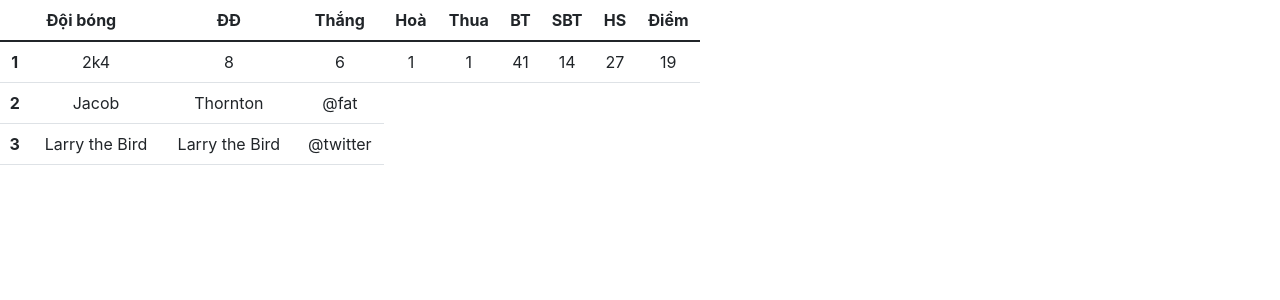
Repository: tuan842001/thulam
Page: /
These files come from the project's save history. The page is drawn as it stood at one moment and after the next save; the edit follows.
The browser window is 1280 px wide. The pictures show the whole page.
The project was rebuilt for these pictures with package versions that can differ from the ones it lists, and the page was loaded fresh each time.

Above is the page before, as saved 2022-01-11 14:44:29.

### public/index.html
<!DOCTYPE html>
<html lang="en">
  <head>
    <meta charset="utf-8" />
    <link rel="icon" href="%PUBLIC_URL%/favicon.ico" />
    <meta name="viewport" content="width=device-width, initial-scale=1" />
    <meta name="theme-color" content="#000000" />
    <meta
      name="description"
      content="Web site created using create-react-app"
    />

    <link href="https://cdn.jsdelivr.net/npm/bootstrap@5.1.3/dist/css/bootstrap.min.css" rel="stylesheet" integrity="sha384-1BmE4kWBq78iYhFldvKuhfTAU6auU8tT94WrHftjDbrCEXSU1oBoqyl2QvZ6jIW3" crossorigin="anonymous">
<script src="https://cdn.jsdelivr.net/npm/bootstrap@5.1.3/dist/js/bootstrap.bundle.min.js" integrity="sha384-ka7Sk0Gln4gmtz2MlQnikT1wXgYsOg+OMhuP+IlRH9sENBO0LRn5q+8nbTov4+1p" crossorigin="anonymous"></script>
    <title>React App</title>
  </head>
  <body>
    <noscript>You need to enable JavaScript to run this app.</noscript>
    <div id="root"></div>

  </body>
</html>

### src/App.js
import "./App.css";

function App() {
  return (
    <div className="App">
      <table class="table" style={{ width: "700px" }}>
        <thead>
          <tr>
            <th scope="col" colspan="2">
              Đội bóng
            </th>
            <th scope="col">ĐĐ</th>
            <th scope="col">Thắng</th>
            <th scope="col">Hoà</th>
            <th scope="col">Thua</th>
            <th scope="col">BT</th>
            <th scope="col">SBT</th>
            <th scope="col">HS</th>
            <th scope="col">Điểm</th>
          </tr>
        </thead>
        <tbody>
          <tr>
            <th scope="row">1</th>
            <td>2k4</td>
            <td>8</td>
            <td>6</td>
            <td>1</td>
            <td>1</td>
            <td>41</td>
            <td>14</td>
            <td>27</td>
            <td>19</td>
          </tr>
          <tr>
            <th scope="row">2</th>
            <td>Jacob</td>
            <td>Thornton</td>
            <td>@fat</td>
          </tr>
          <tr>
            <th scope="row">3</th>
            <td>Larry the Bird</td>
            <td>Larry the Bird</td>
            <td>@twitter</td>
          </tr>
        </tbody>
      </table>
    </div>
  );
}

export default App;

Loaded but not shown: src/index.js (common file); src/index.css (common file); src/App.css (common file)

After the next save:
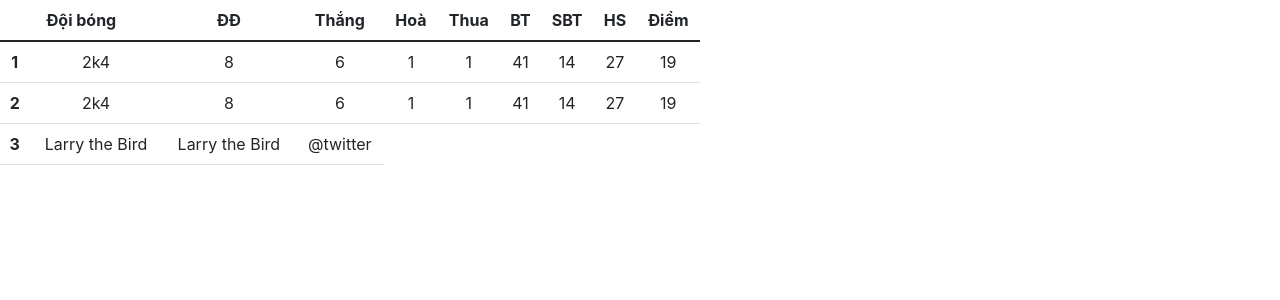
Saved 14 s later.
--- a/src/App.js
+++ b/src/App.js
@@ -34,9 +34,15 @@ function App() {
           </tr>
           <tr>
             <th scope="row">2</th>
-            <td>Jacob</td>
-            <td>Thornton</td>
-            <td>@fat</td>
+            <td>2k4</td>
+            <td>8</td>
+            <td>6</td>
+            <td>1</td>
+            <td>1</td>
+            <td>41</td>
+            <td>14</td>
+            <td>27</td>
+            <td>19</td>
           </tr>
           <tr>
             <th scope="row">3</th>
